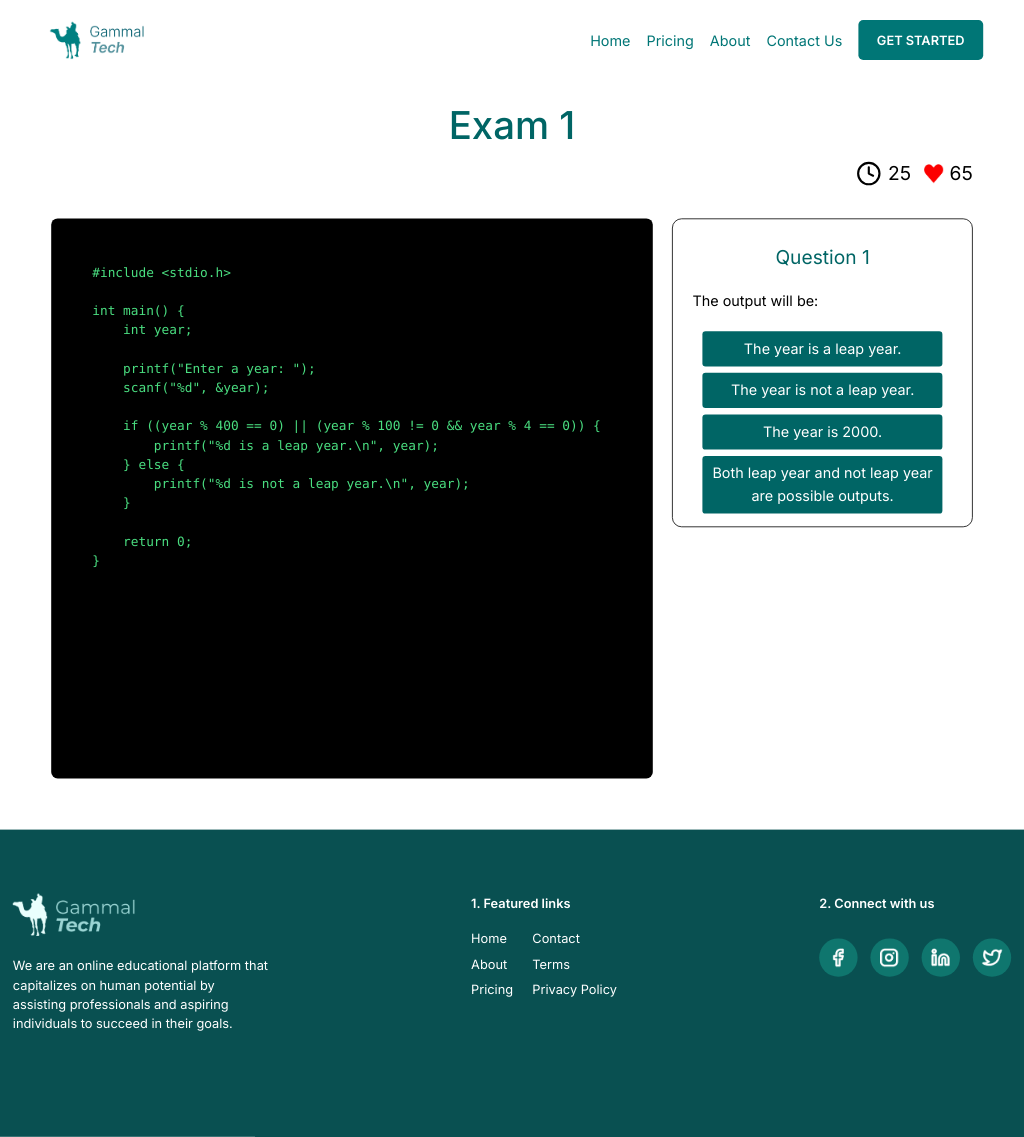
Repository: Ahmed77669/Internship-test
Page: /lessons/exam
An editor plug-in stored every save of this project. The page is shown before and after the next save, followed by the edit.
The browser window is 1280 px wide. The pictures show the whole page, at 80% of full size.
The project was rebuilt for these pictures with package versions that can differ from the ones it lists, and the page was loaded fresh each time. The framework's server and built-in components were replaced by stand-ins that run in the browser. Also part of the build but not shown: next.config.mjs.

Above is the page before, as saved 2024-10-22 11:15:29.

After the next save:
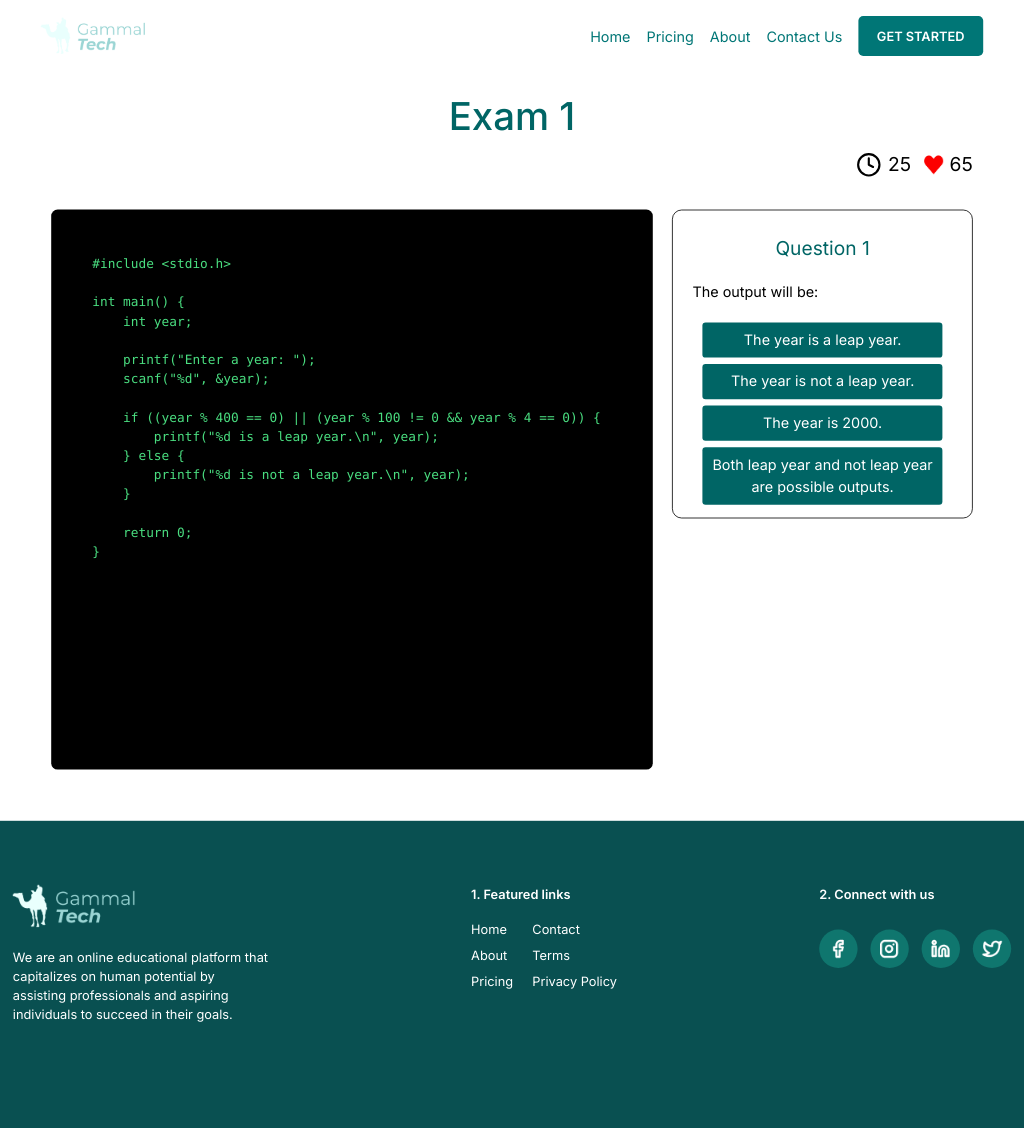
Saved 34 s later.
--- a/components/Header/Navbar.tsx
+++ b/components/Header/Navbar.tsx
@@ -1,6 +1,6 @@
 "use client";
 import React, { useEffect, useState } from "react";
-import GT_logo from "@/public/gammalTech-logos/Component 6.png";
+import GT_logo from "@/public/gammalTech-logos/footer-logo.png";
 import Link from "next/link";
 import { Inter } from "next/font/google";
 import Image from "next/image";

After the save that followed:
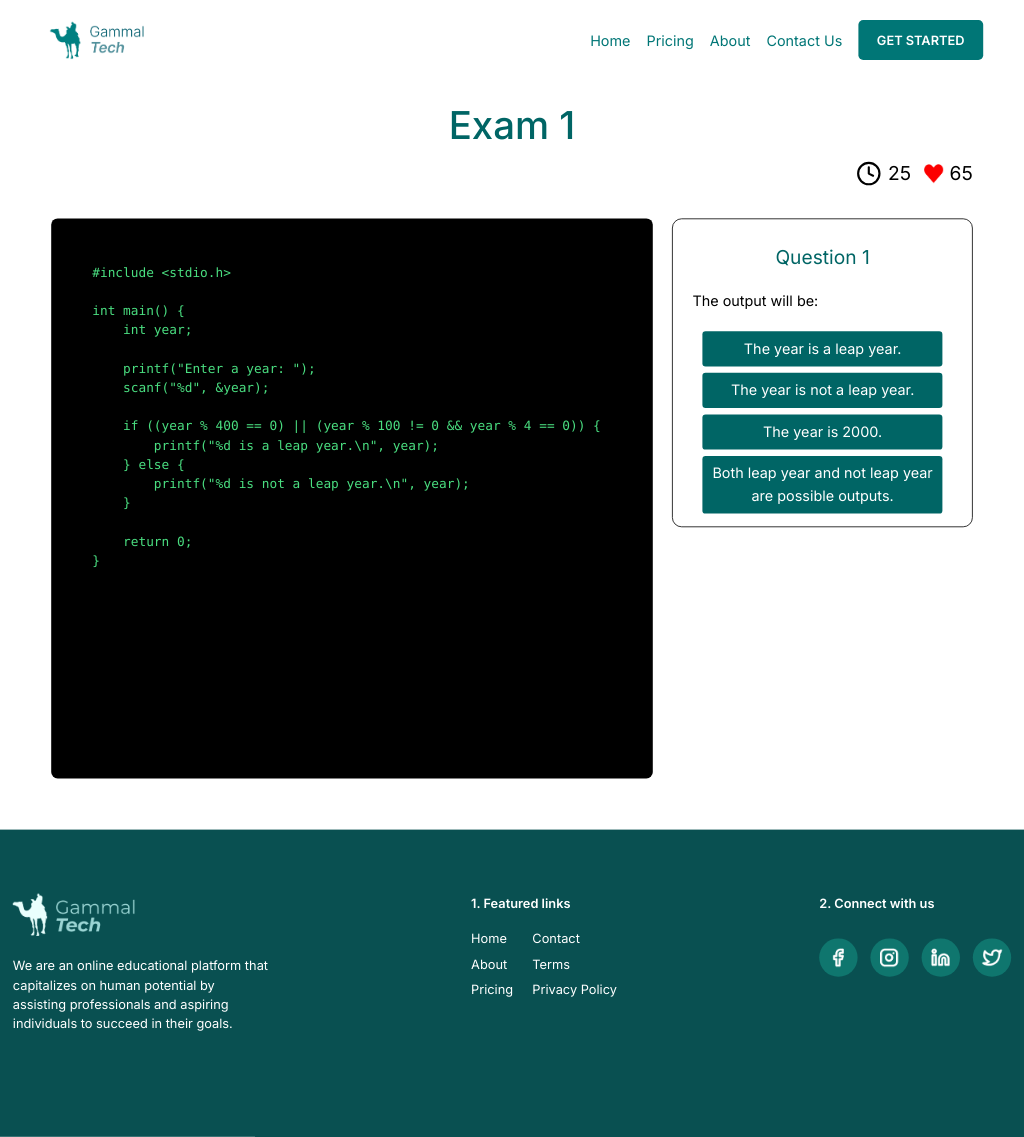
Saved 30 s later.
--- a/components/Header/Navbar.tsx
+++ b/components/Header/Navbar.tsx
@@ -1,6 +1,6 @@
 "use client";
 import React, { useEffect, useState } from "react";
-import GT_logo from "@/public/gammalTech-logos/footer-logo.png";
+import GT_logo from "@/public/gammalTech-logos/Component 6.png";
 import Link from "next/link";
 import { Inter } from "next/font/google";
 import Image from "next/image";
